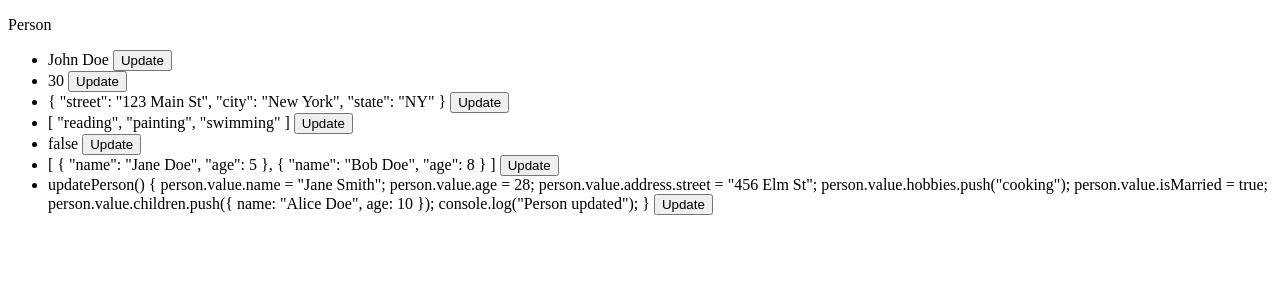
Repository: Aqui05/todo-vue
Page: /
An editor plug-in stored every save of this project. The page is shown before and after the next save, followed by the edit.
The browser window is 1280 px wide. The pictures show the whole page.
The project was rebuilt for these pictures with package versions that can differ from the ones it lists, and the page was loaded fresh each time. Also part of the build but not shown: vue.config.js.

Above is the page before, as saved 2024-10-31 17:08:04.

### src/App.vue
<template>
  <p>Person</p>
  <ul>
    <li v-for="(item, index) in person" :key="index">
      {{ item }}
      <button @click="updatePerson">Update</button>
    </li>
  </ul>
</template>

<script setup>
import { ref } from "vue";

const person = ref({
  name: "John Doe",
  age: 30,
  address: {
    street: "123 Main St",
    city: "New York",
    state: "NY",
  },
  hobbies: ["reading", "painting", "swimming"],
  isMarried: false,
  children: [
    {
      name: "Jane Doe",
      age: 5,
    },
    {
      name: "Bob Doe",
      age: 8,
    },
  ],
  updatePerson() {
    person.value.name = "Jane Smith";
    person.value.age = 28;
    person.value.address.street = "456 Elm St";
    person.value.hobbies.push("cooking");
    person.value.isMarried = true;
    person.value.children.push({
      name: "Alice Doe",
      age: 10,
    });
    console.log("Person updated");
  },
});
</script>

Loaded but not shown: public/index.html (common file); src/main.js (common file)

After the next save:
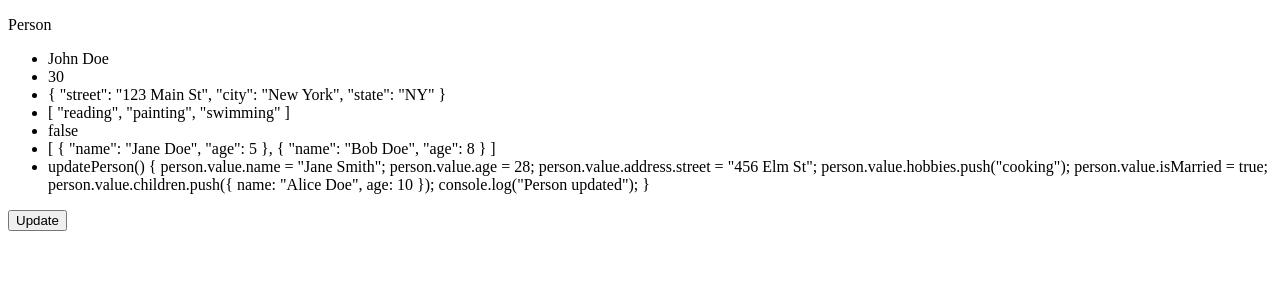
Saved 29 s later.
--- a/src/App.vue
+++ b/src/App.vue
@@ -3,9 +3,9 @@
   <ul>
     <li v-for="(item, index) in person" :key="index">
       {{ item }}
-      <button @click="updatePerson">Update</button>
     </li>
   </ul>
+  <button @click="updatePerson">Update</button>
 </template>
 
 <script setup>
